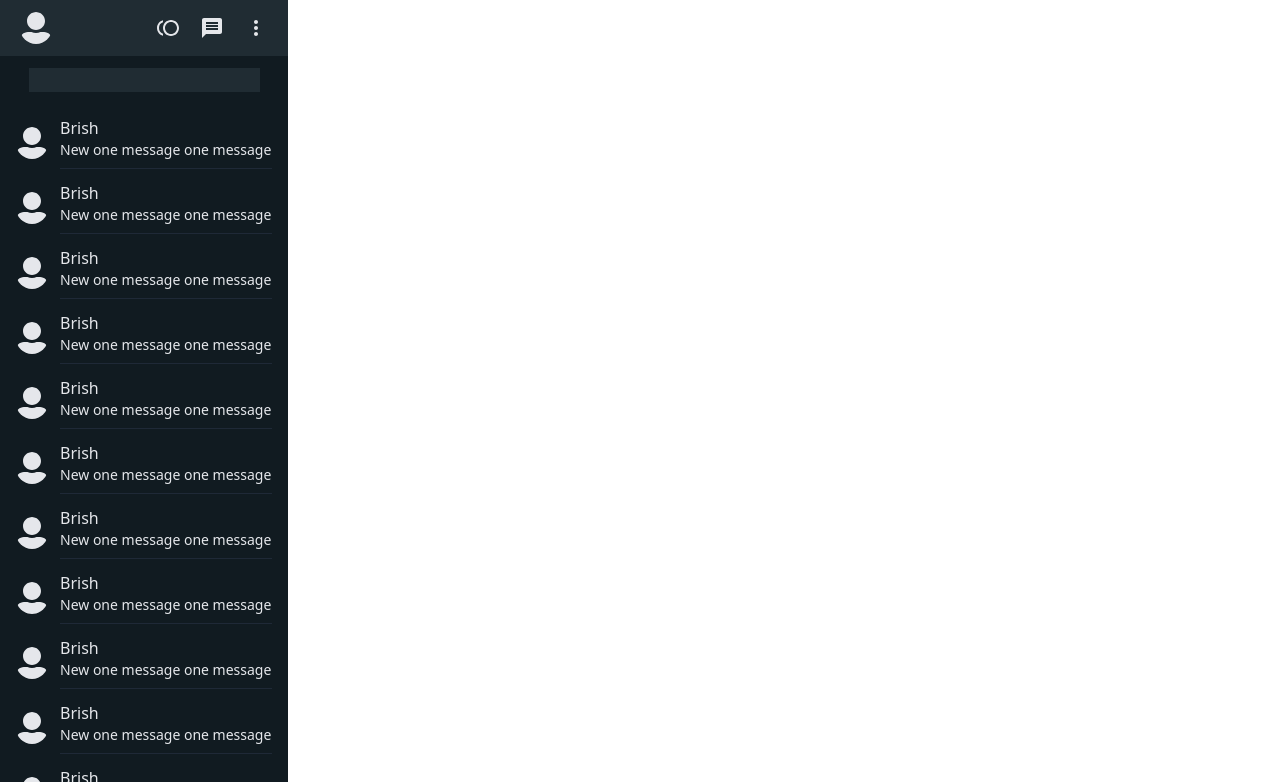
Repository: satya-ranjon/whatsapp-clone-dev
Page: /
An editor plug-in stored every save of this project. The page is shown before and after the next save, followed by the edit.
The browser window is 1280 px wide. The pictures show the whole page.
The project was rebuilt for these pictures with package versions that can differ from the ones it lists, and the page was loaded fresh each time.

Above is the page before, as saved 2022-04-09 06:37:50.

### src/index.js
import * as ReactDOMClient from "react-dom/client";
import { BrowserRouter } from "react-router-dom";
import App from "./App";
import "./index.css";

const root = ReactDOMClient.createRoot(document.getElementById("root"));
root.render(
  <BrowserRouter>
    <App />
  </BrowserRouter>
);

### src/App.js
import SideBar from "./Components/SideBar";

function App() {
  return (
    <div>
      <SideBar />
    </div>
  );
}

export default App;

### src/index.css
@tailwind base;
@tailwind components;
@tailwind utilities;

.hoverEf {
  overflow: hidden;
  right: -100%;
  transition: all 0.4s;
}

.hoverbtn:hover .hoverEf {
  right: -0%;
}

### src/Components/SideBar.jsx
import React from "react";
import { MdToll, MdMoreVert, MdMessage } from "react-icons/md";
import { FaUserAlt } from "react-icons/fa";
import SideBarUseList from "./SideBarUseList";

export default function SideBar() {
  return (
    <div className="w-72">
      <div className="flex justify-between font-semibold text-2xl px-5 py-3 bg-[#202c33] text-gray-200">
        <div>
          <FaUserAlt className="rounded-full w-8 h-8" />
          {/* <img
            className="rounded-full w-8 h-8 "
            src="https://images.pexels.com/photos/220453/pexels-photo-220453.jpeg?cs=srgb&dl=pexels-pixabay-220453.jpg&fm=jpg"
            alt=""
          /> */}
        </div>
        <div className="flex justify-between space-x-5 cursor-pointer my-auto">
          <MdToll />
          <MdMessage />
          <MdMoreVert />
        </div>
      </div>
      <SideBarUseList />
    </div>
  );
}

### src/Components/SideBarUseList.jsx
import React from "react";
import { FaUserAlt } from "react-icons/fa";
import { BsChevronDown } from "react-icons/bs";

const array = [
  1, 1, 1, 1, 1, 1, 1, 1, 1, 1, 1, 1, 1, 1, 1, 1, 1, 1, 1, 1, 1, 1, 1, 1, 1, 1,
  1, 1, 1, 1, 1, 1, 1, 1, 1, 1, 1, 1, 1, 1, 1, 1, 1, 1, 1, 1, 1, 1, 1, 1, 1, 1,
  1, 1, 1, 1, 1, 1, 1, 1, 1, 1, 1, 1, 1, 1, 1, 1, 1,
];

export default function SideBarUseList() {
  return (
    <>
      <div className="bg-[#111b21] flex justify-center p-3">
        <input type="text" className="bg-[#202c33]" />
      </div>
      <div className="bg-[#111b21] overflow-y-scroll scroll-my-1 h-[94.1vh] scrollbar scrollbar-thumb-gray-400 scrollbar-thin text-gray-200 duration-500 transition-all">
        {array.map((i, index) => (
          <div
            key={index}
            className="px-4 py-3 pb-0 flex justify-start hover:bg-[#2a394294] cursor-pointer duration-500 transition-all relative hoverbtn overflow-hidden"
          >
            <div className="my-auto">
              <FaUserAlt className="w-8 h-8 rounded-full" />
            </div>
            <div className="flex flex-col my-auto w-full ml-3 border-b-[1px] border-b-gray-800 pb-2">
              <p>Brish</p>
              <p className="text-sm">New one message one message</p>
            </div>

            <div className=" absolute px-5 bg-[#2a3942a8] bottom-2 text-xl hoverEf">
              <BsChevronDown />
            </div>
          </div>
        ))}
      </div>
    </>
  );
}

### tailwind.config.js
module.exports = {
  content: ["./src/**/*.{js,jsx,ts,tsx}"],
  theme: {
    extend: {},
  },
  plugins: [require("tailwind-scrollbar")],
};

Loaded but not shown: public/index.html (common file)

After the next save:
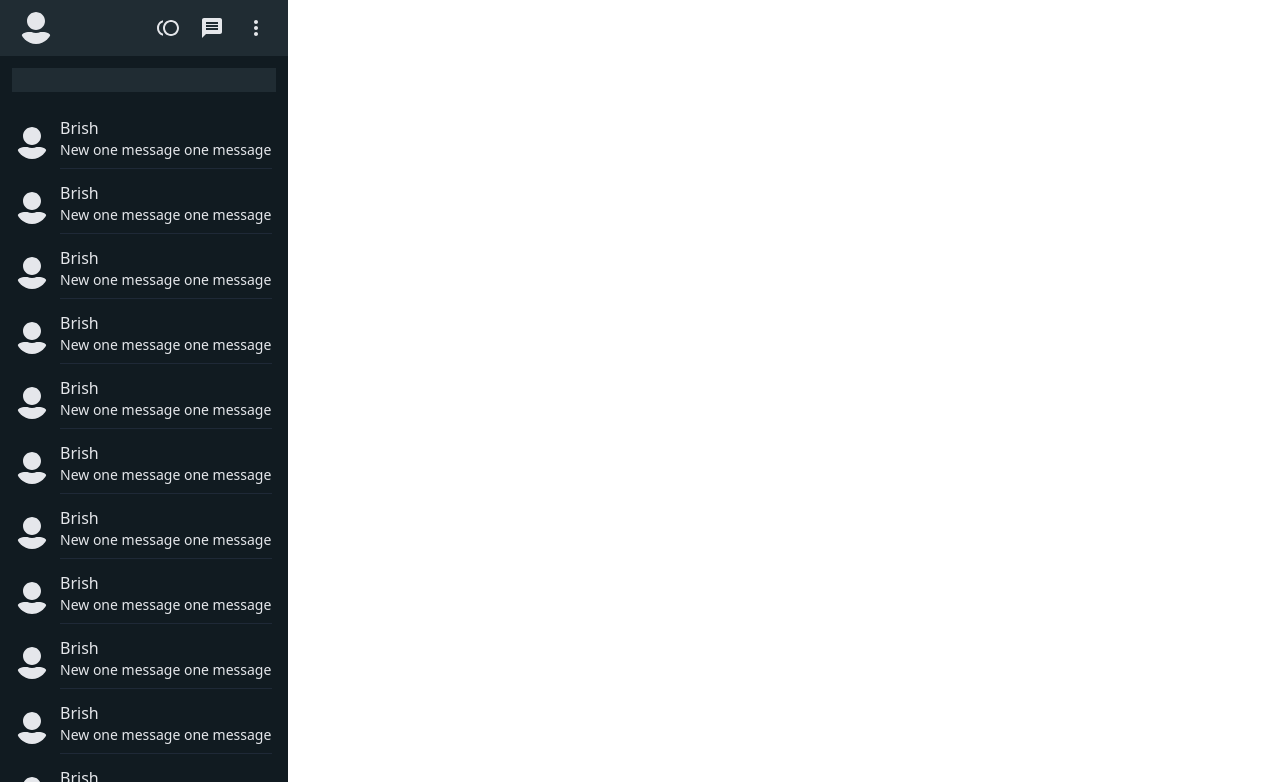
Saved 12 s later.
--- a/src/Components/SideBarUseList.jsx
+++ b/src/Components/SideBarUseList.jsx
@@ -12,7 +12,7 @@ export default function SideBarUseList() {
   return (
     <>
       <div className="bg-[#111b21] flex justify-center p-3">
-        <input type="text" className="bg-[#202c33]" />
+        <input type="text" className="bg-[#202c33] w-full" />
       </div>
       <div className="bg-[#111b21] overflow-y-scroll scroll-my-1 h-[94.1vh] scrollbar scrollbar-thumb-gray-400 scrollbar-thin text-gray-200 duration-500 transition-all">
         {array.map((i, index) => (
